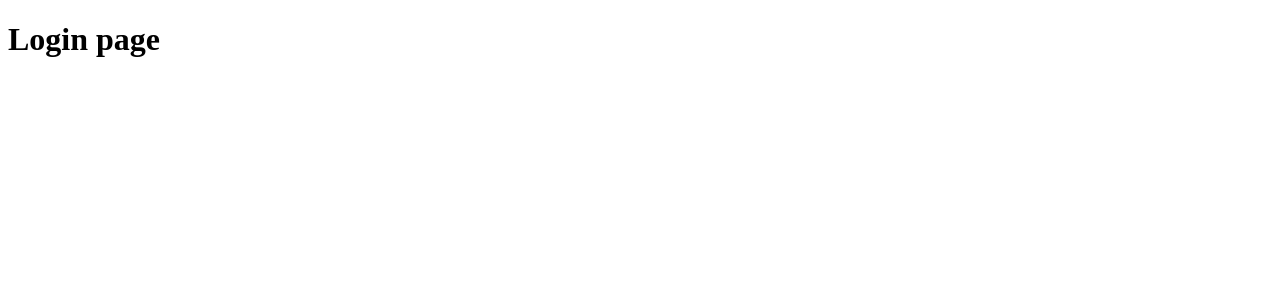
Repository: Gagan7259/Library_management
Page: http://localhost/Library_management/Login.jsp
These files come from the project's save history. The page is drawn as it stood at one moment and after the next save; the edit follows.
The browser window is 1280 px wide. The pictures show the whole page.
The page is served by Tomcat 9. Other server files are loaded and not shown.

Above is the page before, as saved 2025-07-17 05:46:55.

### Library_management/src/main/webapp/Login.jsp
<%@ page language="java" contentType="text/html; charset=UTF-8"
    pageEncoding="UTF-8"%>
<!DOCTYPE html>
<html>
<head>
<meta charset="UTF-8">
<title>Login Here</title>
</head>
<body>
<h1>Login page</h1>
</body>
</html>

After the next save:
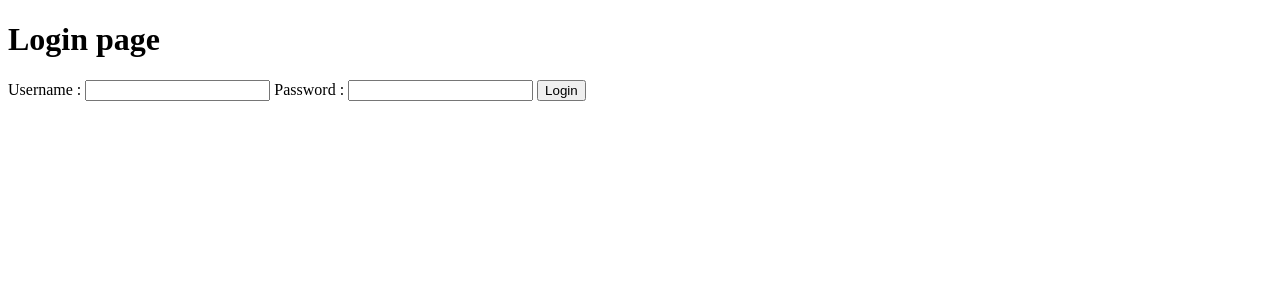
Saved 4 min 30 s later.
--- a/Library_management/src/main/webapp/Login.jsp
+++ b/Library_management/src/main/webapp/Login.jsp
@@ -1,5 +1,5 @@
 <%@ page language="java" contentType="text/html; charset=UTF-8"
-    pageEncoding="UTF-8"%>
+	pageEncoding="UTF-8"%>
 <!DOCTYPE html>
 <html>
 <head>
@@ -7,6 +7,12 @@
 <title>Login Here</title>
 </head>
 <body>
-<h1>Login page</h1>
+	<h1>Login page</h1>
+
+	<form action="">
+		Username : <input type="text" name="uname"> Password : <input
+			type="password" name="pass">
+		<button type="submit">Login</button>
+	</form>
 </body>
 </html>
